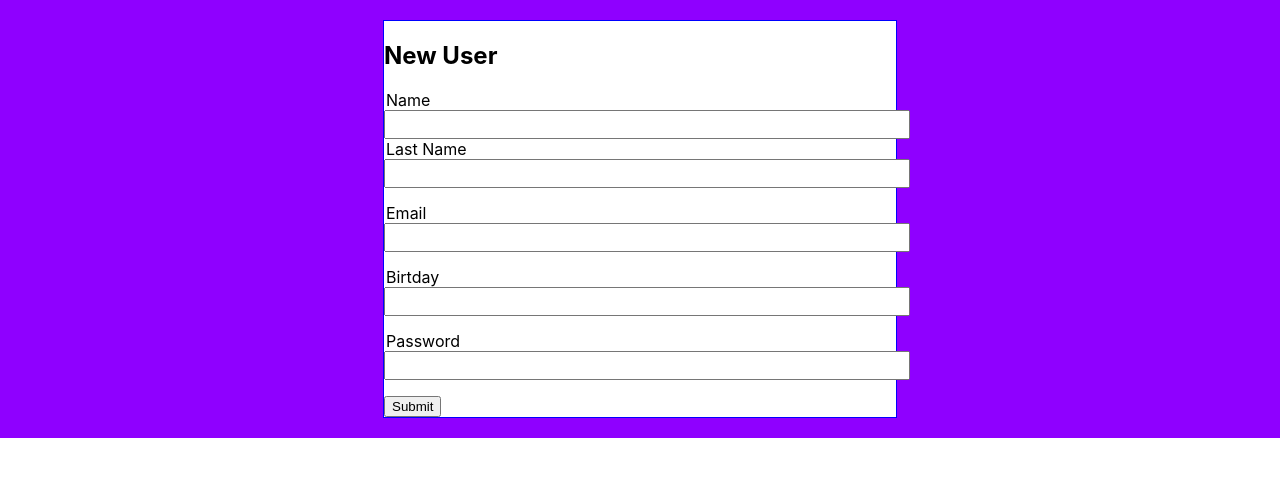
Repository: RobertAries28/CrudUsuarios
Page: /
The author's editor kept a copy of each file at every save. The page is drawn from the files as they stood at one save, then again after the next save.
The browser window is 1280 px wide. The pictures show the whole page.
The page's requests for data from a server got no answer. The project was rebuilt for these pictures with package versions that can differ from the ones it lists, and the page was loaded fresh each time. No one was signed in, and anything a server would have sent is missing.

Above is the page before, as saved 2022-05-23 19:09:21.

### src/App.js

import axios from 'axios';
import { useEffect, useState } from 'react';
import './App.css';
import UsersForm from './UsersForm';
import UsersList from './UsersList';

const App=()=> {

  const [users,setUsers]= useState([])
  useEffect(()=>{
    axios.get('https://users-crud1.herokuapp.com/users/')
    .then(res=>setUsers(res.data))

  },[]);
  console.log(users)
  return (
    <div className="App">
     <UsersList users={users}/>
     <UsersForm/>
    </div>
  );
}

export default App;

### src/App.css
.App{
  background: #8F00FF;
  height: 100%;
  padding: 20px 0;
}

ul{
  list-style: none;
  padding: 0;
  margin: 0 0;



}

.users{
  border-radius: 20px;
  margin: auto;
  width: 50%;
  display: flex;
  justify-content: space-around;
  align-items: center;
  border: 1px solid blue;
  background: white;
  padding: 20px 0;
}

.formUser{
  display: flex;
  flex-direction: column;
  justify-content: center;
  align-items: center;
  border: 1px solid blue;
  background: white;
  margin: auto;
  width: 40%;
}

input{
padding: 5px;
width: 100%;

}
label{
  margin: 2px;
}


.dateUsers{
  margin: 15px 0;
}

### src/UsersForm.js
import React, { useEffect, useState } from 'react';
import './App.css';

const UsersForm = ({addUsers,updateUsers,userEdit,selectUsers}) => {

        const [name,setName]= useState("");

        const [lastName, setLatName] = useState("");
        const [email,setEmail]= useState("");


        const [birthday, setBirthday] = useState("")
        const [password, setPassword] = useState("")

      useEffect(()=>{
          console.log("Cambio productEdit")

          if(userEdit){
              setName(userEdit.name);
              setLatName(userEdit.lastName);
              setEmail(userEdit.email)
              setBirthday(userEdit.birthday)
              setPassword(userEdit.password)
          } else{
              setName("");
              setLatName("");
              setEmail("");
              setBirthday("");
              setPassword("")
          }
      },[userEdit])

        const submit=(e)=>{
            e.preventDefault();
            const user={

                name:name,
                lastName:lastName,
              email:email,
              birthday:birthday,
              password:password
            }

           if(userEdit){
               user.id= userEdit.id
             updateUsers(user);
           }else{

            addUsers(user)
        }



        }
        return (
            <div className='formUser'>
                <form onSubmit={submit}>
                  <h2>New User</h2>
                <div className='dateUsers'>
                      <label htmlFor='name'>Name</label>
                      <input type="text"
                             id="name"
                             onChange={e=> setName(e.target.value)}
                                 value={name}
                             />

                      <label htmlFor='lastname'>Last Name</label>
                      <input type="text"
                             id="lastname"
                             onChange={e=> setLatName(e.target.value)}
                                 value={lastName}
                             />
                  </div>

                  <div className='dateUsers'>
                      <label htmlFor='email'>Email</label>
                      <input className='date' type="email"
                             id="email"
                             onChange={e=> setEmail(e.target.value)}
                                 value={email}
                             />
                  </div>
                  <div className='dateUsers'>
                      <label htmlFor='birthday'>Birtday</label>
                      <input className='date' type="text"
                      id='birthday'
                      onChange={e=> setBirthday(e.target.value)}
                      value={birthday} />
                  </div>

                  <div className='dateUsers'>
                      <label htmlFor='Password'>Password</label>
                      <input className='date' type="password"
                      id='password'
                      onChange={e=> setPassword(e.target.value)}
                      value={password} />
                  </div>

                  <button >Submit</button>

                  {
                      userEdit &&
                      <button type='button'
                        onClick={()=> selectUsers(null)}
                      >Cancelar</button>
                  }
                </form>
            </div>
    );
}

export default UsersForm;

### src/UsersList.js
import React from 'react';
import './App.css';

const UsersList = ({users,removeProduct,selecProduct}) => {
    return (
        <div className='infoUsers'>
               <ul>
                {
                    users.map(user=>(
                        <li className='users' style={{marginBottom:"10px"}} key={user.id}>
                            <ul>
                                <li><b>Nombre: </b>{user.first_name}</li>
                                <li><b>Apellido: </b>{user.last_name}</li>
                                <li><b>Email: </b>{user.email}</li>
                                <li><b>Brithday: </b>{user.birthday}</li>
                            </ul>
                            <div className='button'>
                            <button onClick={()=>removeProduct(user.id)}>Eliminar</button>
                       <button onClick={()=>selecProduct(user)}>Actualizar</button>
                       </div>
                        </li>
                    ))
                }
            </ul>
        </div>
    );
}

export default UsersList;

Loaded but not shown: public/index.html (common file); src/index.js (common file); src/index.css (common file); src/reportWebVitals.js (common file)

After the next save:
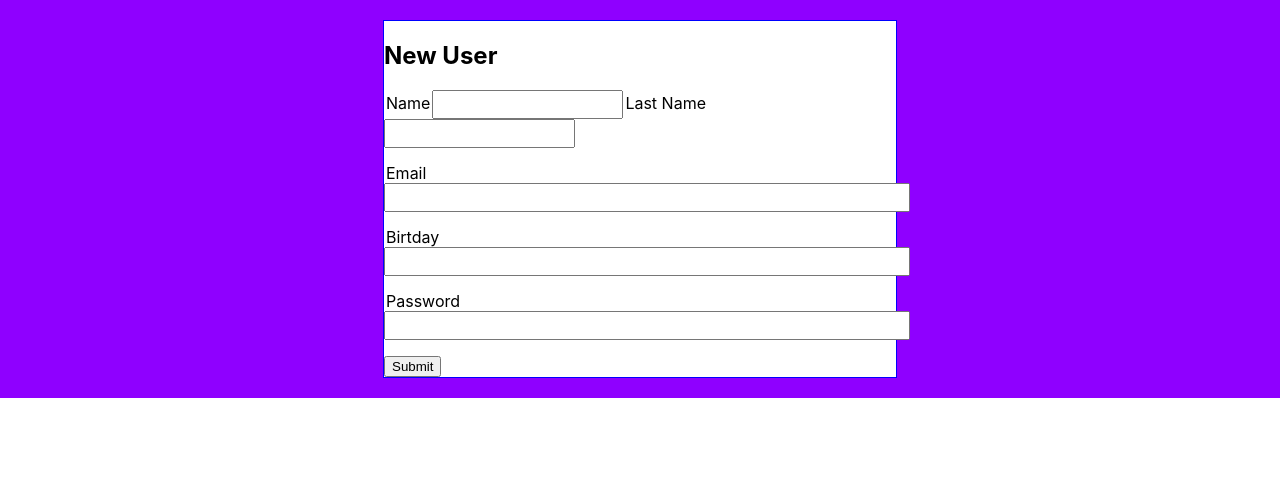
Saved 14 s later.
--- a/src/App.css
+++ b/src/App.css
@@ -38,8 +38,12 @@ ul{
 
 input{
 padding: 5px;
-width: 100%;
 
+
+}
+
+.date{
+  width: 100%;
 }
 label{
   margin: 2px;
